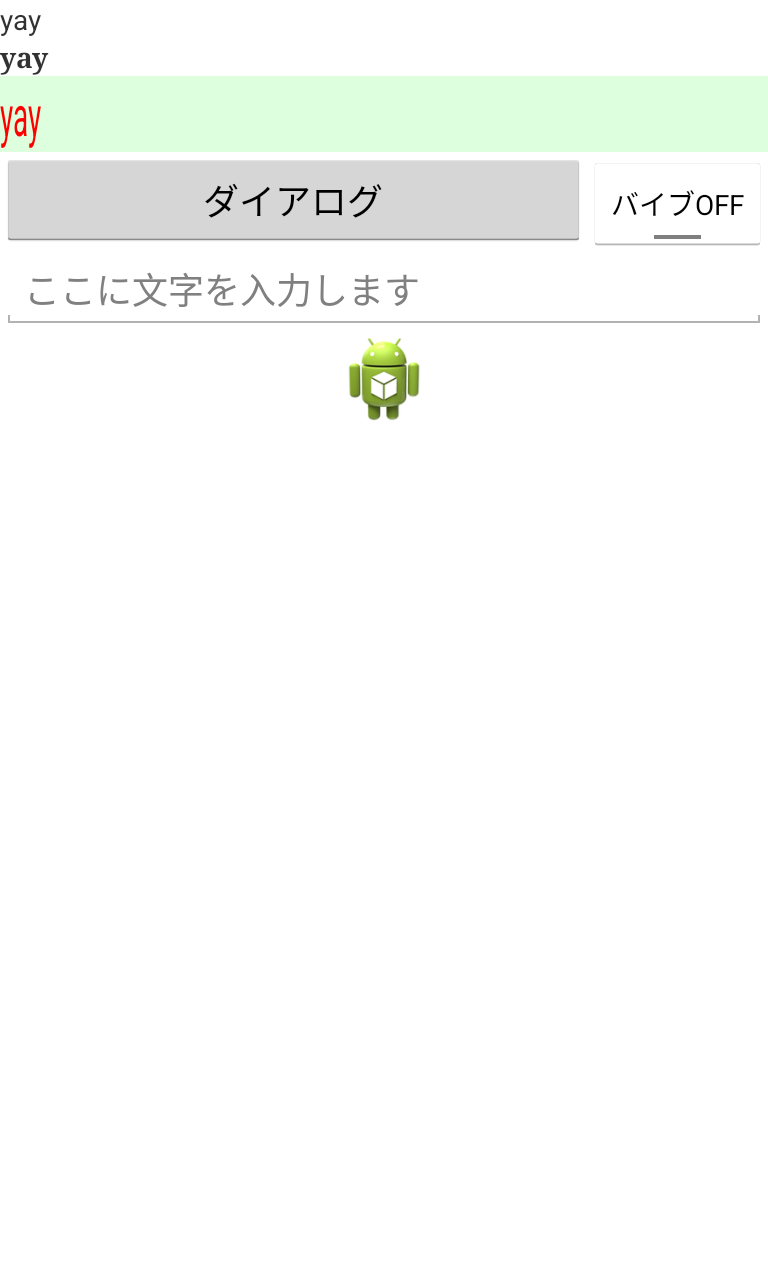
Repository: rubberyuzu/class_android_seminar
Layout: Sample4/res/layout/activity_main.xml
An editor plug-in stored every save of this project. The layout is shown before and after the next save, followed by the edit.
It is drawn on a 768 x 1280 px phone screen (xhdpi) without system bars, with theme AppTheme; the app's code is not run.

Above is the layout before, as saved 2014-10-16 12:44:48.

### Sample4/res/layout/activity_main.xml
<LinearLayout xmlns:android="http://schemas.android.com/apk/res/android"
    xmlns:tools="http://schemas.android.com/tools"
    android:layout_width="match_parent"
    android:layout_height="match_parent"
    android:orientation="vertical" >

    <TextView
        android:layout_width="match_parent"
        android:layout_height="wrap_content"
        android:text="@string/sample" />

    <TextView
        android:layout_width="match_parent"
        android:layout_height="wrap_content"
        android:text="@string/sample"
        android:textSize="14sp"
        android:textStyle="bold"
        android:typeface="serif" />

    <TextView
        android:layout_width="match_parent"
        android:layout_height="wrap_content"
        android:background="#ddffdd"
        android:text="@string/sample"
        android:textColor="#ff0000"
        android:textScaleX="0.5"
        android:textSize="28sp" />

    <LinearLayout
        android:layout_width="match_parent"
        android:layout_height="wrap_content"
        android:orientation="horizontal" >

        <Button
            android:id="@+id/button"
            android:layout_width="0dp"
            android:layout_height="wrap_content"
            android:layout_weight="1"
            android:text="@string/button" />

        <ToggleButton
            android:id="@+id/toggleButton"
            android:layout_width="wrap_content"
            android:layout_height="wrap_content"
            android:textOff="@string/toggle_off"
            android:textOn="@string/toggle_on" />
    </LinearLayout>

    <EditText
        android:layout_width="match_parent"
        android:layout_height="wrap_content"
        android:hint="@string/hint_text" />

    <ImageView
        android:id="@+id/imageView"
        android:layout_width="wrap_content"
        android:layout_height="wrap_content"
        android:layout_gravity="center_horizontal"
        android:src="@drawable/ic_launcher" />

</LinearLayout>

### Sample4/res/values/strings.xml
<?xml version="1.0" encoding="utf-8"?>
<resources>

    <string name="app_name">Sample4</string>
    <string name="hello_world">Hello world!</string>
    <string name="action_settings">Settings</string>

    <string name="sample">yay</string>

    <string name="button">ダイアログ</string>
    <string name="toggle_on">バイブ</string>
    <string name="toggle_off">バイブOFF</string>
    <string name="hint_text">ここに文字を入力します</string>
</resources>

Loaded but not shown: Sample4/res/values/styles.xml (common file); Sample4/res/values-v11/styles.xml (common file); Sample4/res/values-v14/styles.xml (common file)

After the next save:
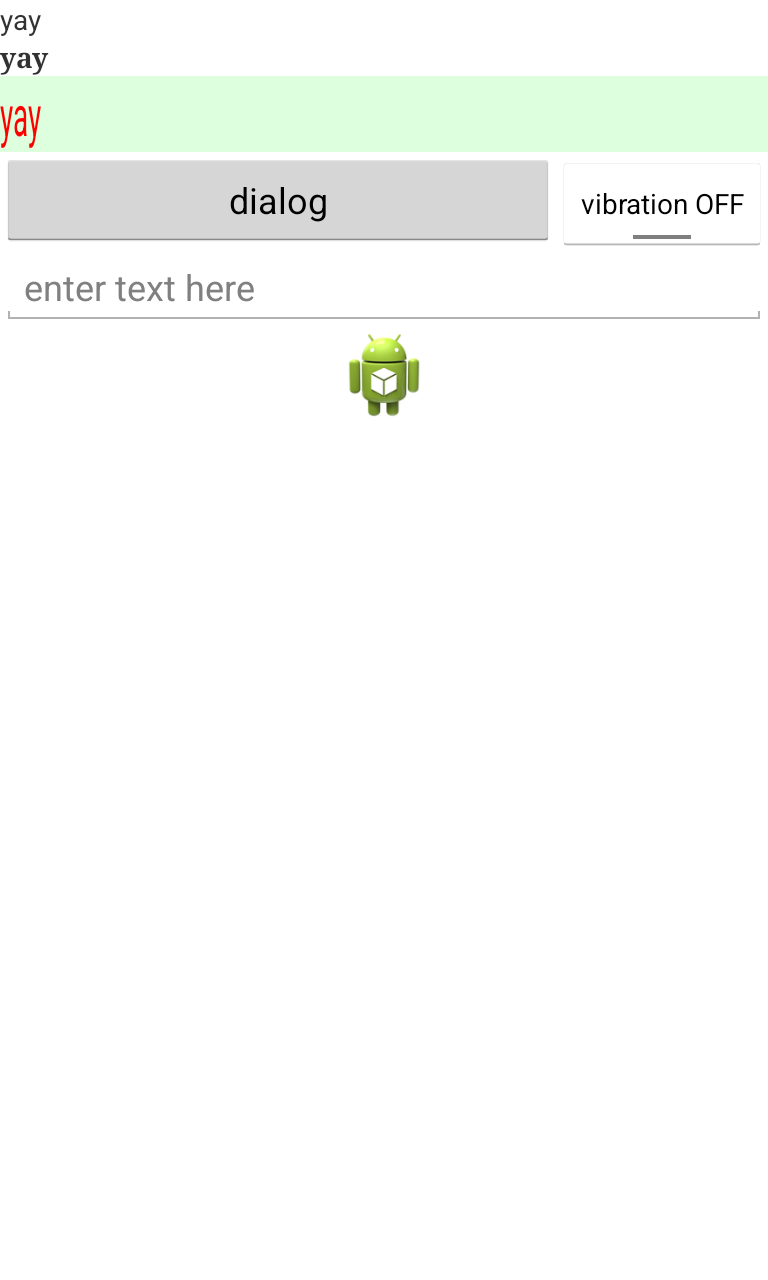
Saved 90 s later.
--- a/Sample4/res/values/strings.xml
+++ b/Sample4/res/values/strings.xml
@@ -7,8 +7,8 @@
 
     <string name="sample">yay</string>
 
-    <string name="button">ダイアログ</string>
-    <string name="toggle_on">バイブ</string>
-    <string name="toggle_off">バイブOFF</string>
-    <string name="hint_text">ここに文字を入力します</string>
+    <string name="button">dialog</string>
+    <string name="toggle_on">vibration</string>
+    <string name="toggle_off">vibration OFF</string>
+    <string name="hint_text">enter text here</string>
 </resources>
